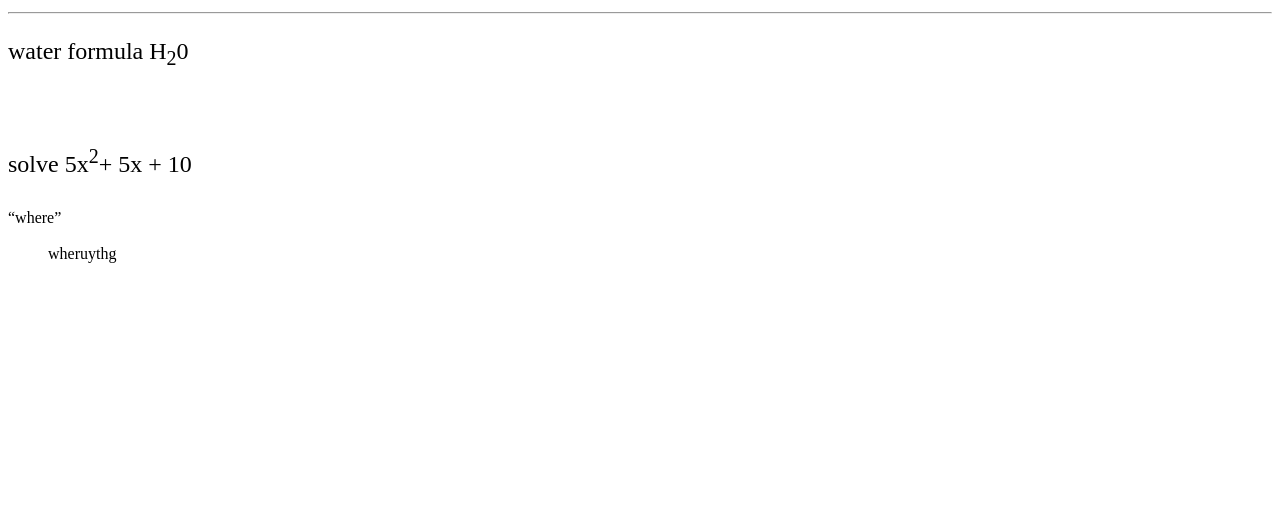
Repository: wakoya-tech/Node.js
Page: Desktop/Node-js/example/index.html
The author's editor kept a copy of each file at every save. The page is drawn from the files as they stood at one save, then again after the next save.
The browser window is 1280 px wide. The pictures show the whole page.

Above is the page before, as saved 2025-11-13 10:32:40.

### Desktop/Node-js/example/index.html
<!DOCTYPE html>
<html lang="en">
<head>
    <meta charset="UTF-8">
    <meta name="viewport" content="width=device-width, initial-scale=1.0">
    <title>Document</title>
</head>
<body>
    <font size="5"> <hr>
    <p>water formula H<sub>2</sub>0</p>
   <br>
    <p>solve 5x<sup>2</sup>+ 5x + 10</p>
</font>
   <q>where</q>
   <blockquote>wheruythg</blockquote>
</body>
</html>

After the next save:
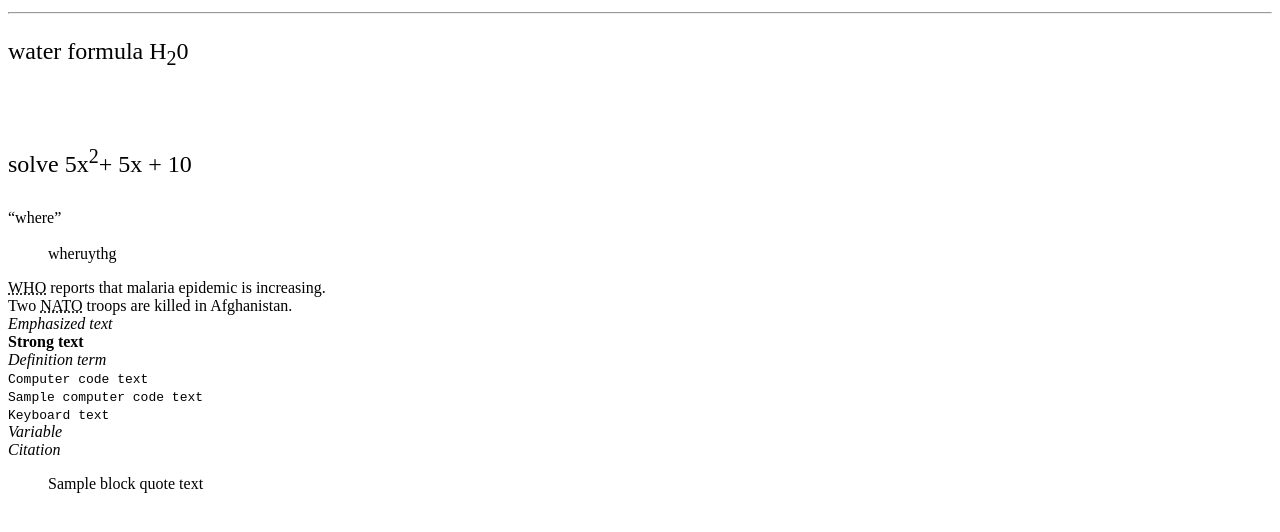
Saved 41 s later.
--- a/Desktop/Node-js/example/index.html
+++ b/Desktop/Node-js/example/index.html
@@ -13,5 +13,23 @@
 </font>
    <q>where</q>
    <blockquote>wheruythg</blockquote>
+   <abbr title="World Health
+Organization">WHO</abbr> reports that
+malaria epidemic is increasing. <br>
+Two <acronym title="North Atlantic
+Treaty Organization">
+NATO</acronym> troops are killed in
+Afghanistan. <br>
+<em>Emphasized text</em> <br>
+<strong>Strong text</strong> <br>
+<dfn>Definition term</dfn> <br>
+<code>Computer code text</code> <br>
+<samp>Sample computer code
+text</samp> <br>
+<kbd>Keyboard text</kbd> <br>
+<var>Variable</var> <br>
+<cite>Citation</cite> <br>
+<blockquote>Sample block quote
+text</blockquote>
 </body>
 </html>
